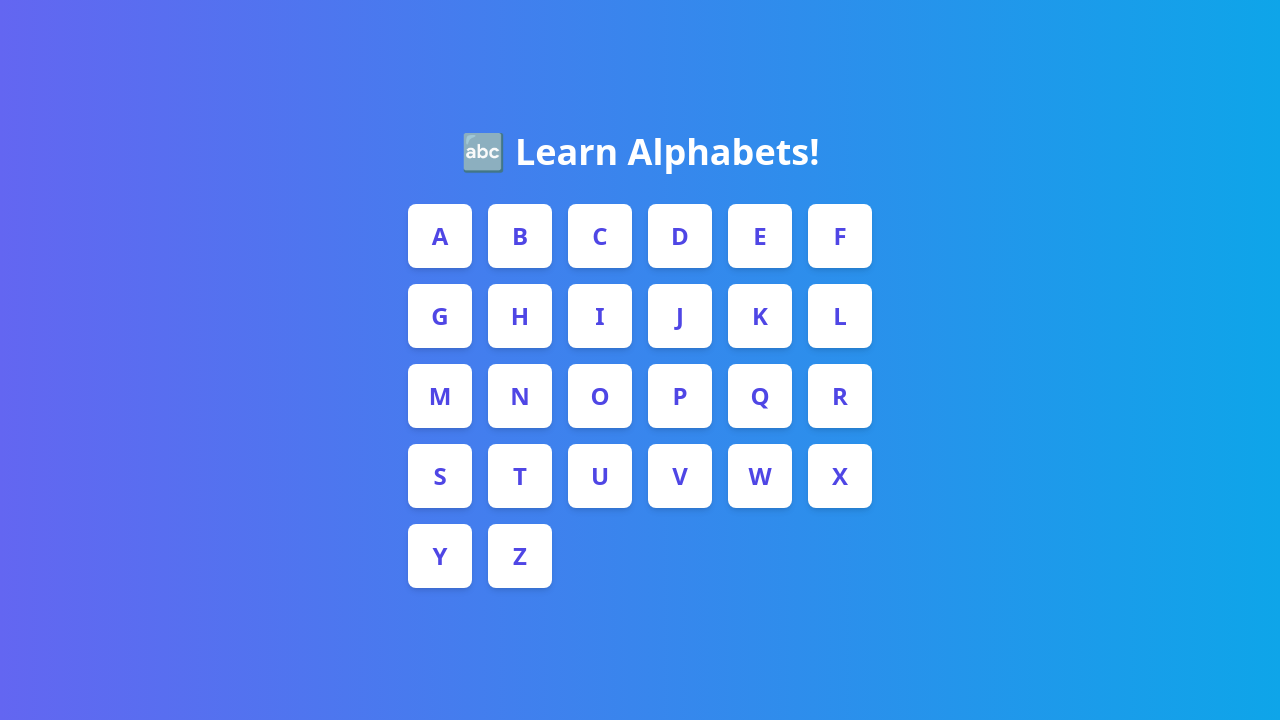
Repository: Prashant-singh01/playlearn-web
Page: /alphabets
An editor plug-in stored every save of this project. The page is shown before and after the next save, followed by the edit.
The browser window is 1280 px wide. The pictures show the whole page.
The project was rebuilt for these pictures with package versions that can differ from the ones it lists, and the page was loaded fresh each time. Also part of the build but not shown: vite.config.js, src/pages/KidHome.jsx, src/App.jsx.

Above is the page before, as saved 2025-11-12 12:21:15.

### index.html
<!doctype html>
<html lang="en">
  <head>
    <meta charset="UTF-8" />
    <link rel="icon" type="image/svg+xml" href="/vite.svg" />
    <meta name="viewport" content="width=device-width, initial-scale=1.0" />
    <title>playlearn-web</title>
  </head>
  <body>
    <div id="root"></div>
    <script type="module" src="/src/main.jsx"></script>
  </body>
</html>

### src/main.jsx
import React from "react";
import ReactDOM from "react-dom/client";
import { BrowserRouter, Routes, Route } from "react-router-dom";
import App from "./App.jsx";
import KidHome from "./pages/KidHome.jsx";
import Alphabets from "./pages/Alphabets.jsx";
import "./index.css";

ReactDOM.createRoot(document.getElementById("root")).render(
  <React.StrictMode>
    <BrowserRouter>
      <Routes>
        <Route path="/" element={<App />} />
        <Route path="/home" element={<KidHome />} />
        <Route path="/alphabets" element={<Alphabets />} />
      </Routes>
    </BrowserRouter>
  </React.StrictMode>
);

### src/pages/Alphabets.jsx
export default function Alphabets() {
  const letters = "ABCDEFGHIJKLMNOPQRSTUVWXYZ".split("");

  return (
    <div className="min-h-screen bg-gradient-to-r from-indigo-500 to-sky-500 text-white flex flex-col items-center justify-center">
      <h1 className="text-4xl font-extrabold mb-8">🔤 Learn Alphabets!</h1>
      <div className="grid grid-cols-6 gap-4">
        {letters.map((letter) => (
          <div
            key={letter}
            className="bg-white text-indigo-600 w-16 h-16 flex items-center justify-center text-2xl font-bold rounded-lg shadow-md hover:bg-indigo-600 hover:text-white transition-all duration-300"
          >
            {letter}
          </div>
        ))}
      </div>
    </div>
  );
}

Loaded but not shown: src/index.css (common file); tailwind.config.js (common file)

After the next save:
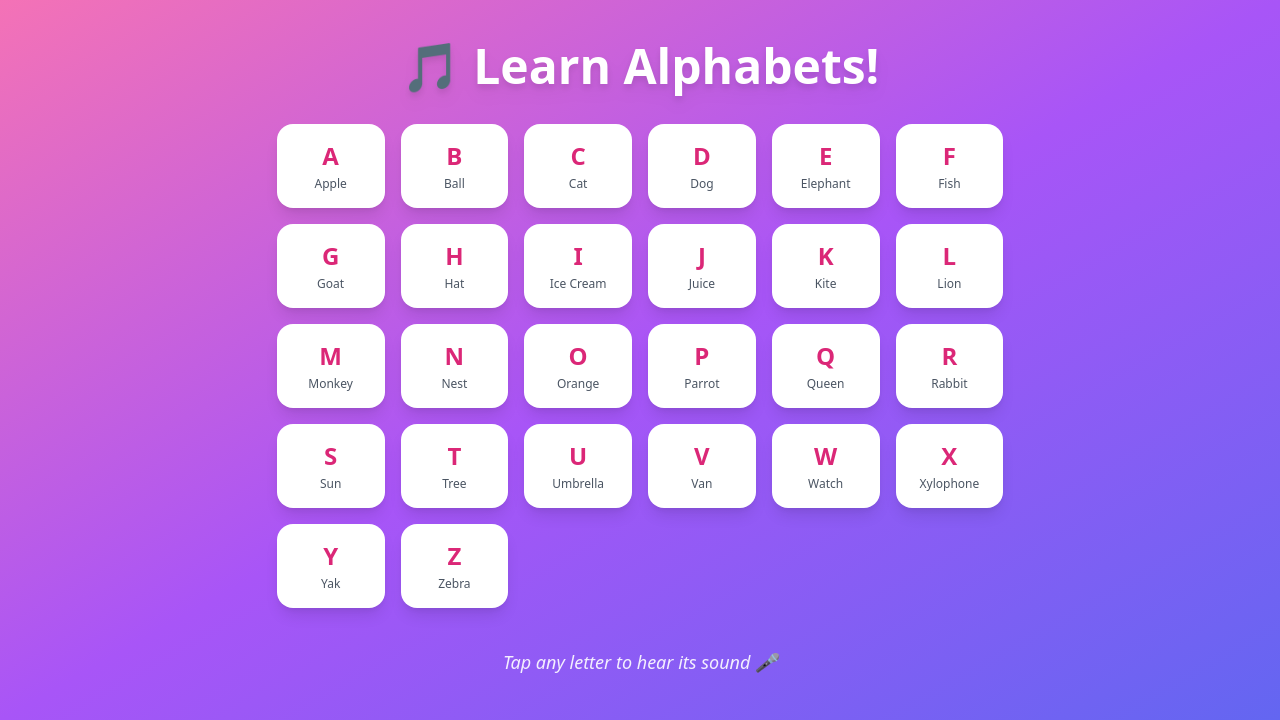
Saved 3 min 16 s later.
--- a/src/pages/Alphabets.jsx
+++ b/src/pages/Alphabets.jsx
@@ -1,19 +1,65 @@
+import React from "react";
+
+const letters = [
+  { letter: "A", word: "Apple" },
+  { letter: "B", word: "Ball" },
+  { letter: "C", word: "Cat" },
+  { letter: "D", word: "Dog" },
+  { letter: "E", word: "Elephant" },
+  { letter: "F", word: "Fish" },
+  { letter: "G", word: "Goat" },
+  { letter: "H", word: "Hat" },
+  { letter: "I", word: "Ice Cream" },
+  { letter: "J", word: "Juice" },
+  { letter: "K", word: "Kite" },
+  { letter: "L", word: "Lion" },
+  { letter: "M", word: "Monkey" },
+  { letter: "N", word: "Nest" },
+  { letter: "O", word: "Orange" },
+  { letter: "P", word: "Parrot" },
+  { letter: "Q", word: "Queen" },
+  { letter: "R", word: "Rabbit" },
+  { letter: "S", word: "Sun" },
+  { letter: "T", word: "Tree" },
+  { letter: "U", word: "Umbrella" },
+  { letter: "V", word: "Van" },
+  { letter: "W", word: "Watch" },
+  { letter: "X", word: "Xylophone" },
+  { letter: "Y", word: "Yak" },
+  { letter: "Z", word: "Zebra" },
+];
+
 export default function Alphabets() {
-  const letters = "ABCDEFGHIJKLMNOPQRSTUVWXYZ".split("");
+  const playSound = (letter) => {
+    const audio = new Audio(`/sounds/${letter}.mp3`);
+    audio
+      .play()
+      .then(() => console.log(`🔊 Playing sound for ${letter}`))
+      .catch(() => alert(`❌ Sound for ${letter} not found!`));
+  };
 
   return (
-    <div className="min-h-screen bg-gradient-to-r from-indigo-500 to-sky-500 text-white flex flex-col items-center justify-center">
-      <h1 className="text-4xl font-extrabold mb-8">🔤 Learn Alphabets!</h1>
-      <div className="grid grid-cols-6 gap-4">
-        {letters.map((letter) => (
-          <div
+    <div className="flex flex-col items-center justify-center min-h-screen bg-gradient-to-br from-pink-400 via-purple-500 to-indigo-500 text-white">
+      <h1 className="text-5xl font-extrabold mb-8 drop-shadow-lg animate-bounce">
+        🎵 Learn Alphabets!
+      </h1>
+
+      <div className="grid grid-cols-4 sm:grid-cols-6 gap-4">
+        {letters.map(({ letter, word }) => (
+          <button
             key={letter}
-            className="bg-white text-indigo-600 w-16 h-16 flex items-center justify-center text-2xl font-bold rounded-lg shadow-md hover:bg-indigo-600 hover:text-white transition-all duration-300"
+            onClick={() => playSound(letter)}
+            className="bg-white text-pink-600 font-bold text-2xl py-4 px-6 rounded-2xl shadow-lg hover:scale-105 hover:bg-pink-100 active:scale-95 transition-transform duration-200"
           >
             {letter}
-          </div>
+            <p className="text-xs text-gray-600 mt-1 font-medium">{word}</p>
+          </button>
         ))}
       </div>
+
+      <p className="mt-10 text-lg italic text-white/90">
+        Tap any letter to hear its sound 🎤
+      </p>
     </div>
   );
 }
